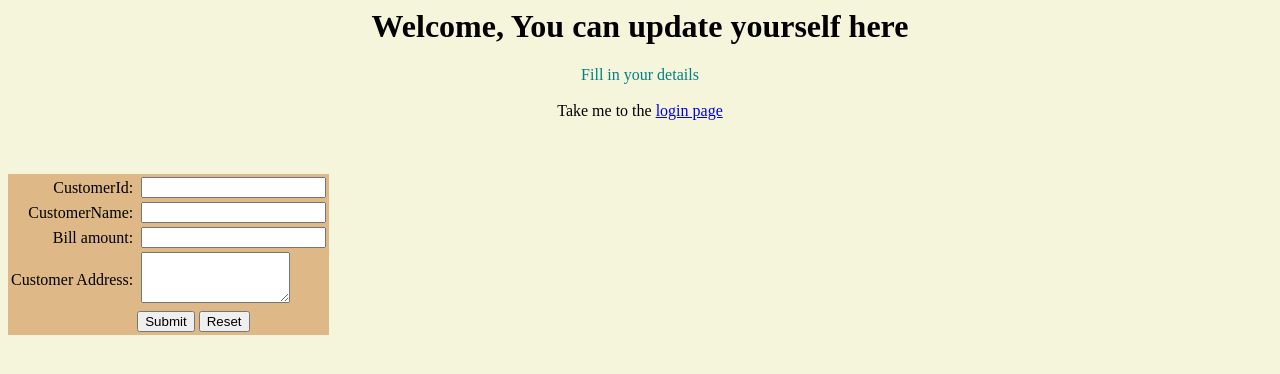
Repository: Rama-13/LaunchPadAllFiles
Page: java-workspace/SpringMVCDemo/WebContent/addcustomer.html
These files come from the project's save history. The page is drawn as it stood at one moment and after the next save; the edit follows.
The browser window is 1280 px wide. The pictures show the whole page.

Above is the page before, as saved 2019-08-02 03:28:27.

### java-workspace/SpringMVCDemo/WebContent/addcustomer.html
<html>

<head>

<h1>Welcome, You can update yourself here</h1>

</head>

<body bgcolor = "beige" align = "center">

  <font face = "apercu" color = "teal">Fill in your details</font></br></br>

  Take me to the <a href = "Login1.html">login page</a>

  <form action = "addcustomer.do" align = "center">

    <table bgcolor = "burlywood">

  <tr><td align = "right">CustomerId: </td>

    <td>&nbsp;<input type = "text" id="customerId" name= "customerId"></td></tr></br>

  <tr><td align = "right">CustomerName:</td>

    <td>&nbsp;<input type = "text" id = "customerName" name = "customerName"></td></tr></br>

  <tr><td align = "right">Bill amount: </td>

    <td>&nbsp;<input type = "text" id = "billAmount" name = "billAmount"></td></tr>

  <tr><td align = "right" >Customer Address:</td>

    <td>&nbsp;<textarea rows = "3" cols="16" id = "customerAddress" name = "customerAddress"></textarea></td></tr>

 <!--  <tr><td align = "right">City:</td>&nbsp;<td><select>

    <option></option>

    <option value = "Bangalore">Bangalore</option>

    <option value = "Mumbai">Mumbai</option>

    <option value = "Chennai">Chennai</option>

    <option value = "New Delhi">New Delhi</option>

  </select>

  <tr><td align = "right">Gender:</td><td><input type = "radio" value = "male" name = "male">Male

    <input type = "radio" value = "female" name = "male">female

    <input type = "radio" value = "others" name = "male">Others</td></tr></br>
 -->
    <tr><td></td><td><input type = "submit" id = "submit" name = "submit">

    <input type = "reset" id = "reset" name = "reset"></td></tr></br>

</form>

</body>

</html>

After the next save:
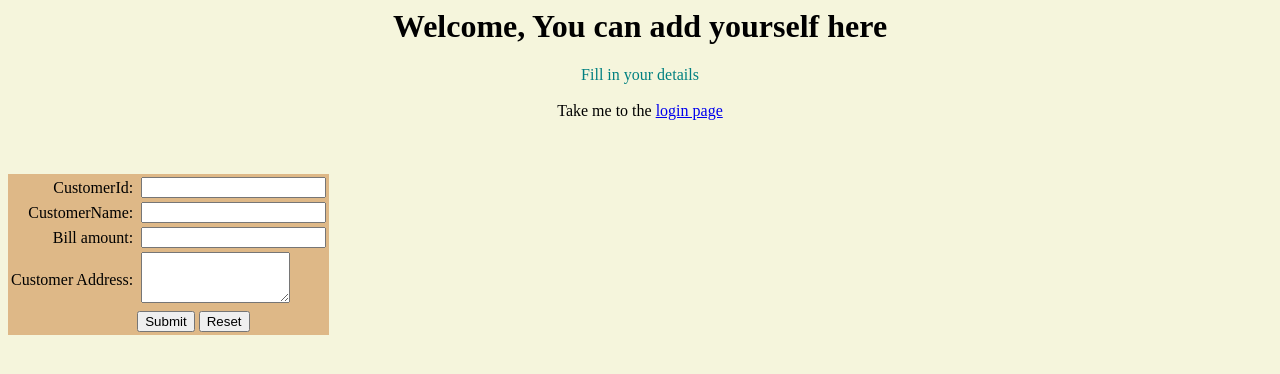
Saved 20 s later.
--- a/java-workspace/SpringMVCDemo/WebContent/addcustomer.html
+++ b/java-workspace/SpringMVCDemo/WebContent/addcustomer.html
@@ -2,7 +2,7 @@
 
 <head>
 
-<h1>Welcome, You can update yourself here</h1>
+<h1>Welcome, You can add yourself here</h1>
 
 </head>
 
